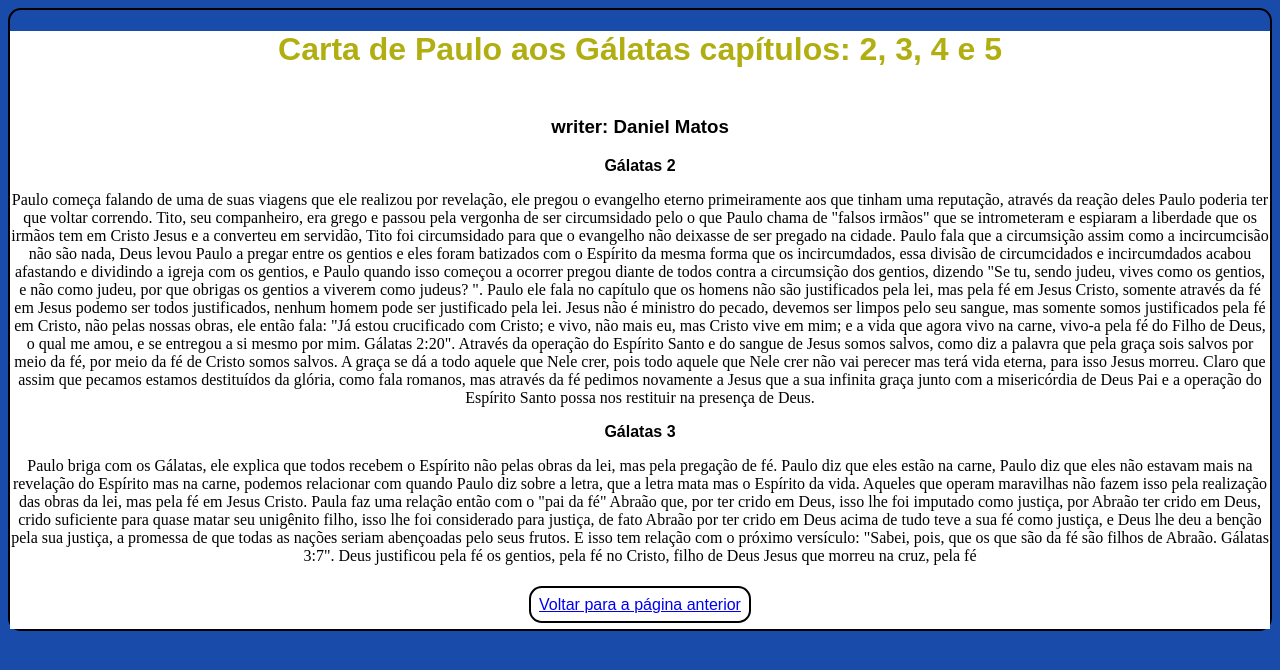
Repository: batmit/FutureFundation.github.io-1
Page: menu/articles/cristianism/importantchapters/galatians.html
An editor plug-in stored every save of this project. The page is shown before and after the next save, followed by the edit.
The browser window is 1280 px wide. The pictures show the whole page.

Above is the page before, as saved 2021-07-12 11:54:20.

After the next save:
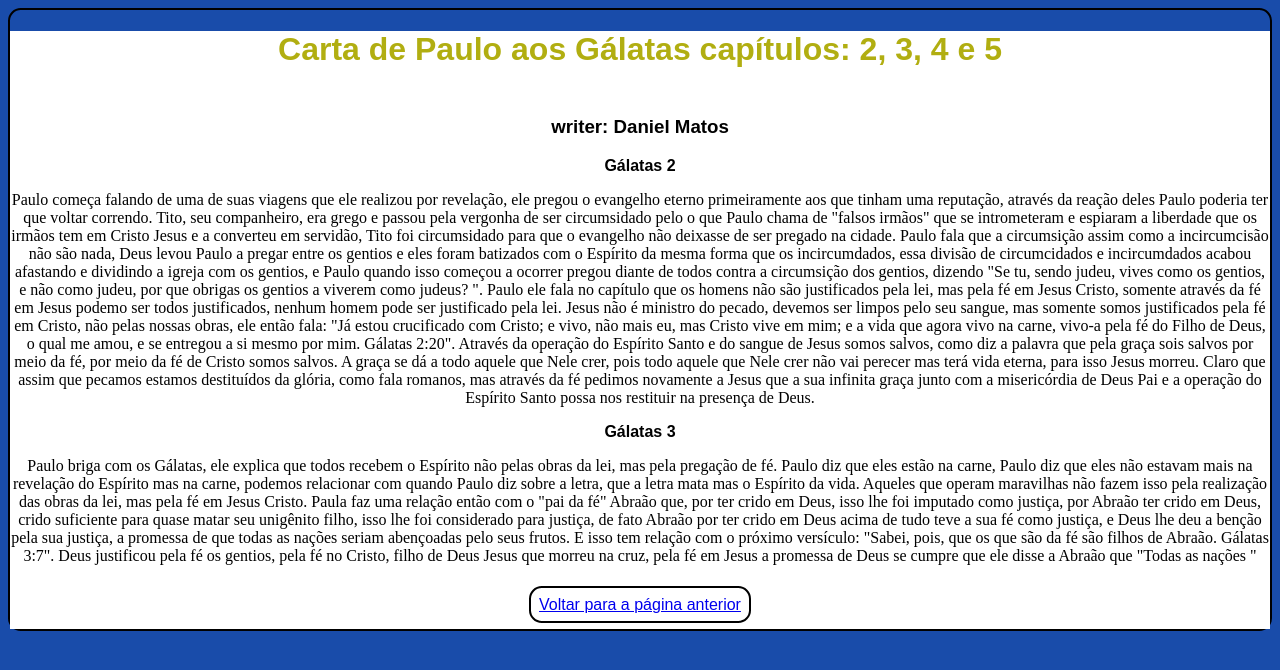
Saved 24 s later.
--- a/menu/articles/cristianism/importantchapters/galatians.html
+++ b/menu/articles/cristianism/importantchapters/galatians.html
@@ -28,7 +28,7 @@
 
     <p>Paulo briga com os Gálatas, ele explica que todos recebem o Espírito não pelas obras da lei, mas pela pregação de fé. Paulo diz que eles estão na carne, Paulo diz que eles não estavam mais na revelação do Espírito mas na carne, podemos relacionar com quando Paulo diz sobre a letra, que a letra mata mas o Espírito da vida. Aqueles que operam maravilhas não fazem isso pela realização das obras da lei, mas pela fé em Jesus Cristo. Paula faz uma relação então com o "pai da fé" Abraão que, por ter crido em Deus, isso lhe foi imputado como justiça, por Abraão ter crido em Deus, crido suficiente para quase matar seu unigênito filho, isso lhe foi considerado para justiça, de fato Abraão por ter crido em Deus acima de tudo teve a sua fé como justiça, e Deus lhe deu a benção pela sua justiça, a promessa de que todas as nações seriam abençoadas pelo seus frutos. E isso tem relação com o próximo versículo: "Sabei, pois, que os que são da fé são filhos de Abraão.
 
-        Gálatas 3:7". Deus justificou pela fé os gentios, pela fé no Cristo, filho de Deus Jesus que morreu na cruz, pela fé </p>
+        Gálatas 3:7". Deus justificou pela fé os gentios, pela fé no Cristo, filho de Deus Jesus que morreu na cruz, pela fé em Jesus a promessa de Deus se cumpre que ele disse a Abraão que "Todas as nações "</p>
 
         <a href="/menu/articles/cristianism/chaptersimportant.html">Voltar para a página anterior</a>
     </div>
